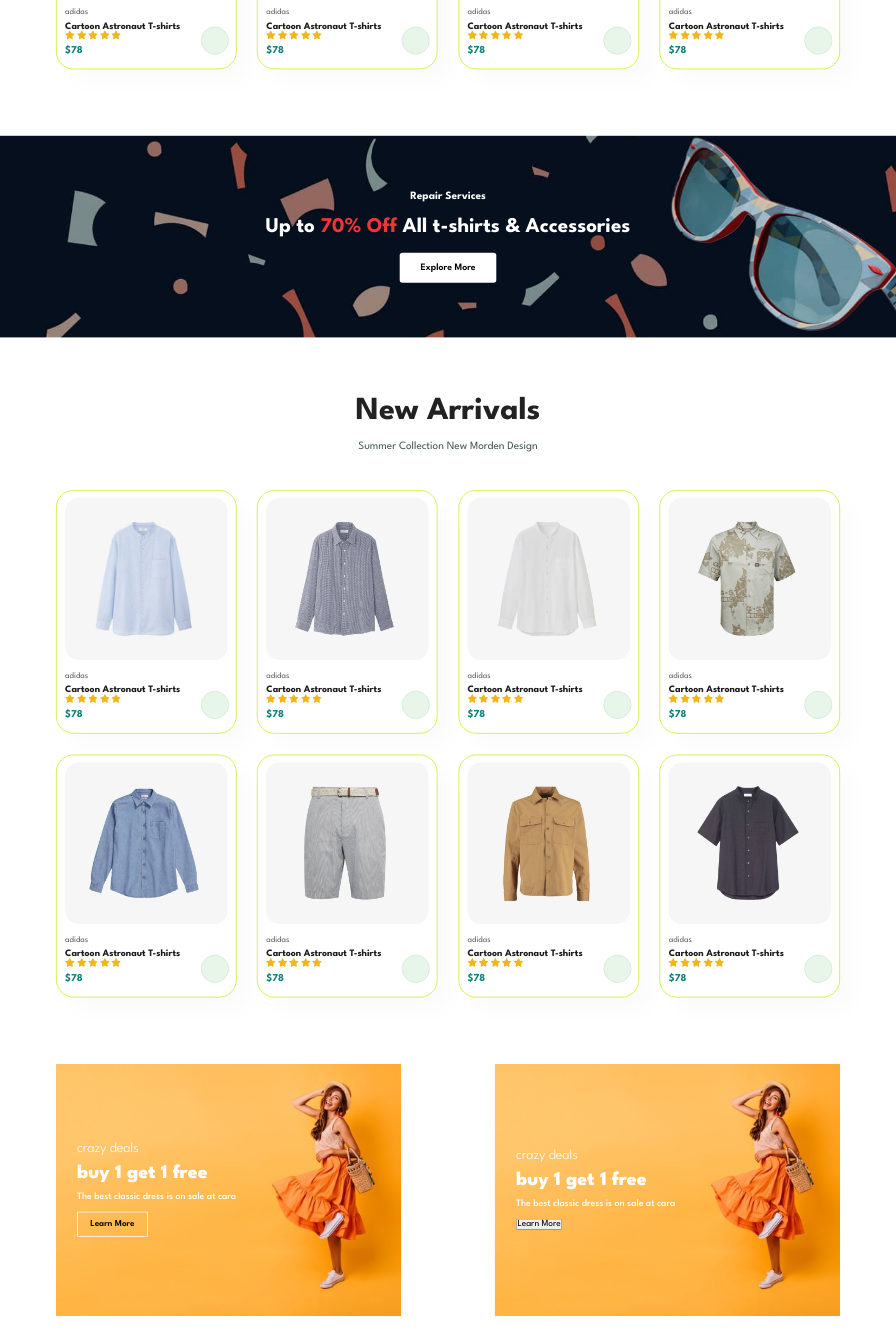
Repository: quy261001/cara
Page: index.html
These files come from the project's save history. The page is drawn as it stood at one moment and after the next save; the edit follows.
The browser window is 1280 px wide. The pictures show the part of the page from y = 1840 to 3760 px (the page is 3760 px tall), at 70% of full size.

Above is the page before, as saved 2022-05-01 21:50:53.

After the next save:
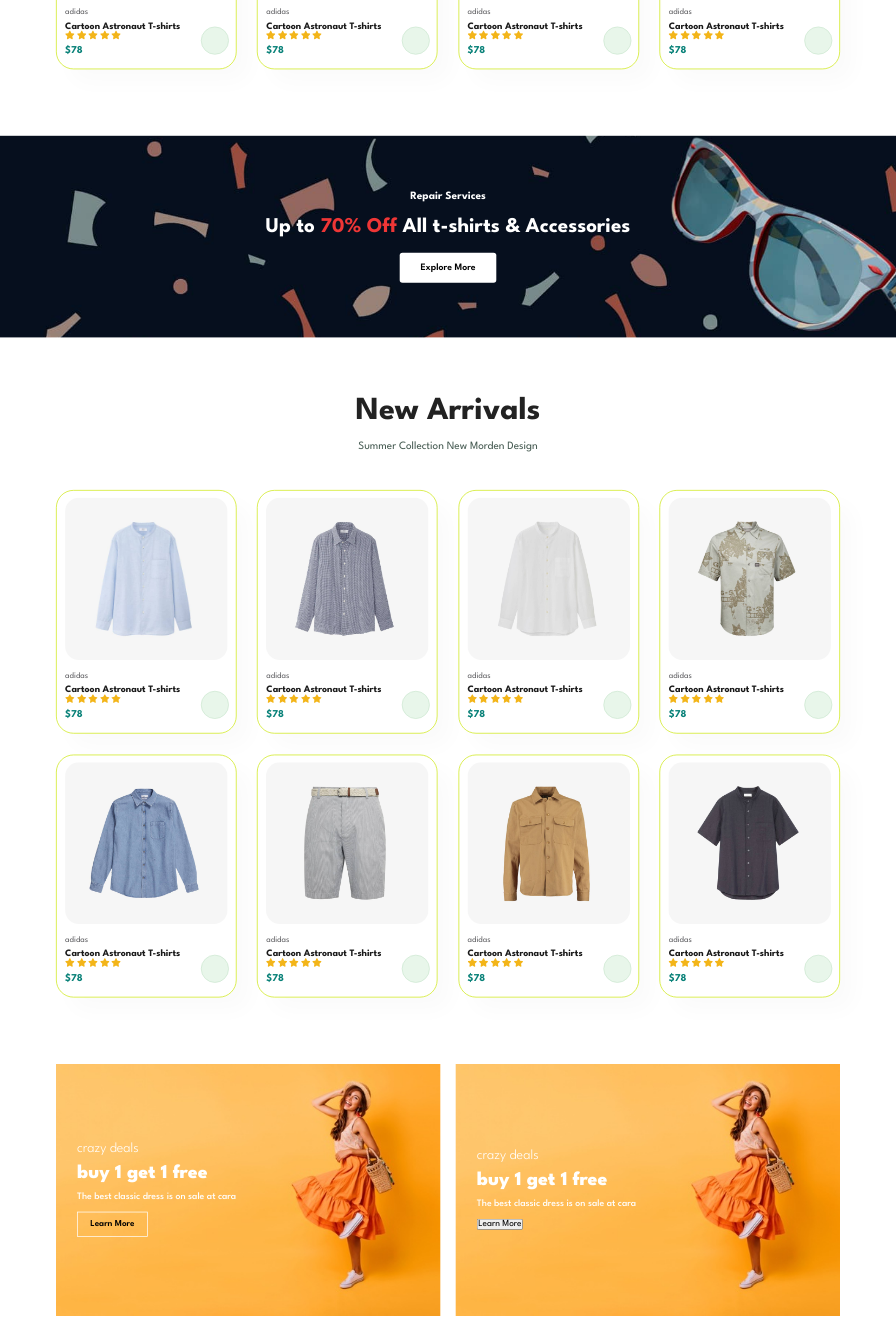
Saved 8 s later.
--- a/style.css
+++ b/style.css
@@ -298,7 +298,7 @@ body {
   align-items: flex-start;
   text-align: center;
   background-image: url("img/banner/b17.jpg");
-  min-width: 44%;
+  min-width: 49%;
   height: 50vh;
   background-size: cover;
   background-position: center;
